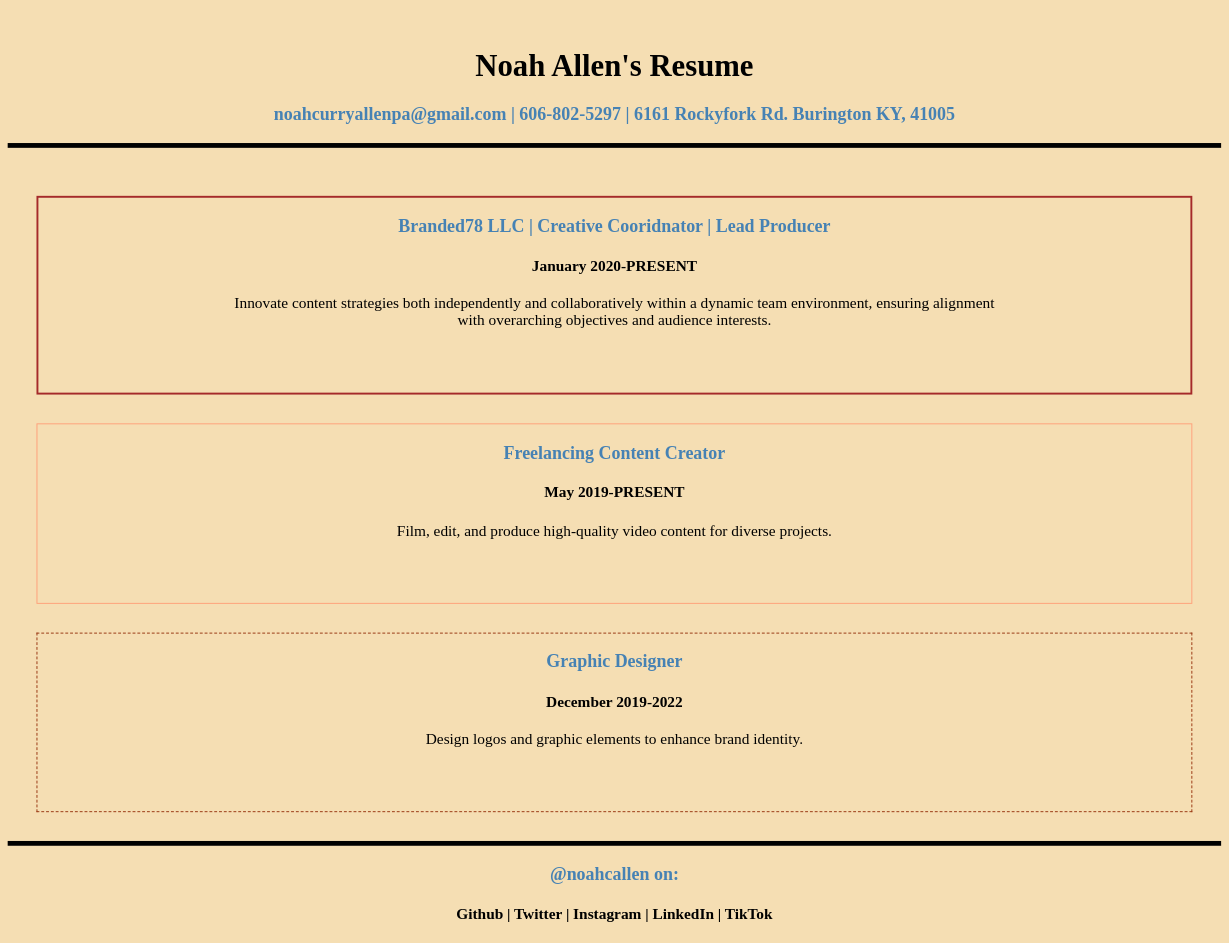
Repository: noahcallen/LAB-HTML-Resume
Page: index.html
An editor plug-in stored every save of this project. The page is shown before and after the next save, followed by the edit.
The browser window is 1280 px wide. The pictures show the whole page, at 96% of full size.

Above is the page before, as saved 2024-07-08 21:59:03.

### index.html
<!DOCTYPE html>
<html lang="en">
<head>
  <meta charset="UTF-8">
  <meta name="viewport" content="width=device-width, initial-scale=1.0">
  <title>Document</title>
  <link rel="stylesheet" href="main.css">
</head>
<body>

  <div class="HEADER">
  <!--HEADER-->
  <h1>Noah Allen's Resume</h1>
  <h3> noahcurryallenpa@gmail.com | 606-802-5297 | 6161 Rockyfork Rd. Burington KY, 41005</h3>
<!--END HEADER-->
  </div>

  <article id="Job1">
    <h3>Branded78 LLC | Creative Cooridnator | Lead Producer</h3>
    <h4>January 2020-PRESENT</h4>
    <section>
      <p>Innovate content strategies both independently and collaboratively within a dynamic team environment, ensuring alignment with overarching objectives and audience interests.</p>
    </section>
  </article>

  <article id="Job2">
    <h3>Freelancing Content Creator</h3>
    <h4>May 2019-PRESENT</h4>
    <section>
      <p>Film, edit, and produce high-quality video content for diverse projects.</p>
    </section>
  </article>

  <article id="Job3">
    <h3>Graphic Designer</h3>
    <h4>December 2019-2022</h4>
    <section>
      <p>Design logos and graphic elements to enhance brand identity.</p>
    </section>
  </article>

  <div class="FOOTER">
    <!-- FOOTER-->
     <h3>@noahcallen on:</h3>
     <h4>Github | Twitter | Instagram | LinkedIn | TikTok</h4>
    <!-- FOOTER-->
  </div>



  <script src="main.js"></script>
</body>
</html>

### main.css
body {
  background-color: wheat;
  text-align: center;
}

h3 {
  color: steelblue;
}

.HEADER {
  margin: 50px 0px 50px 0px;
  border-bottom: solid 5px black;
}

#Job1 {
  padding: 0px 200px 50px 200px;
  border: solid 2px brown;
  margin: 30px;
}

#Job2 {
  padding: 0px 200px 50px 200px;
  border: double 1px lightsalmon;
  margin: 30px;

}

#Job3 {
  padding: 0px 200px 50px 200px;
  border: dashed 1px rgb(152, 54, 16);
  margin: 30px;
}

.FOOTER {
  border-top: solid 5px black;

}

Loaded but not shown: main.js (no stored copy; drawn as an empty file)

After the next save:
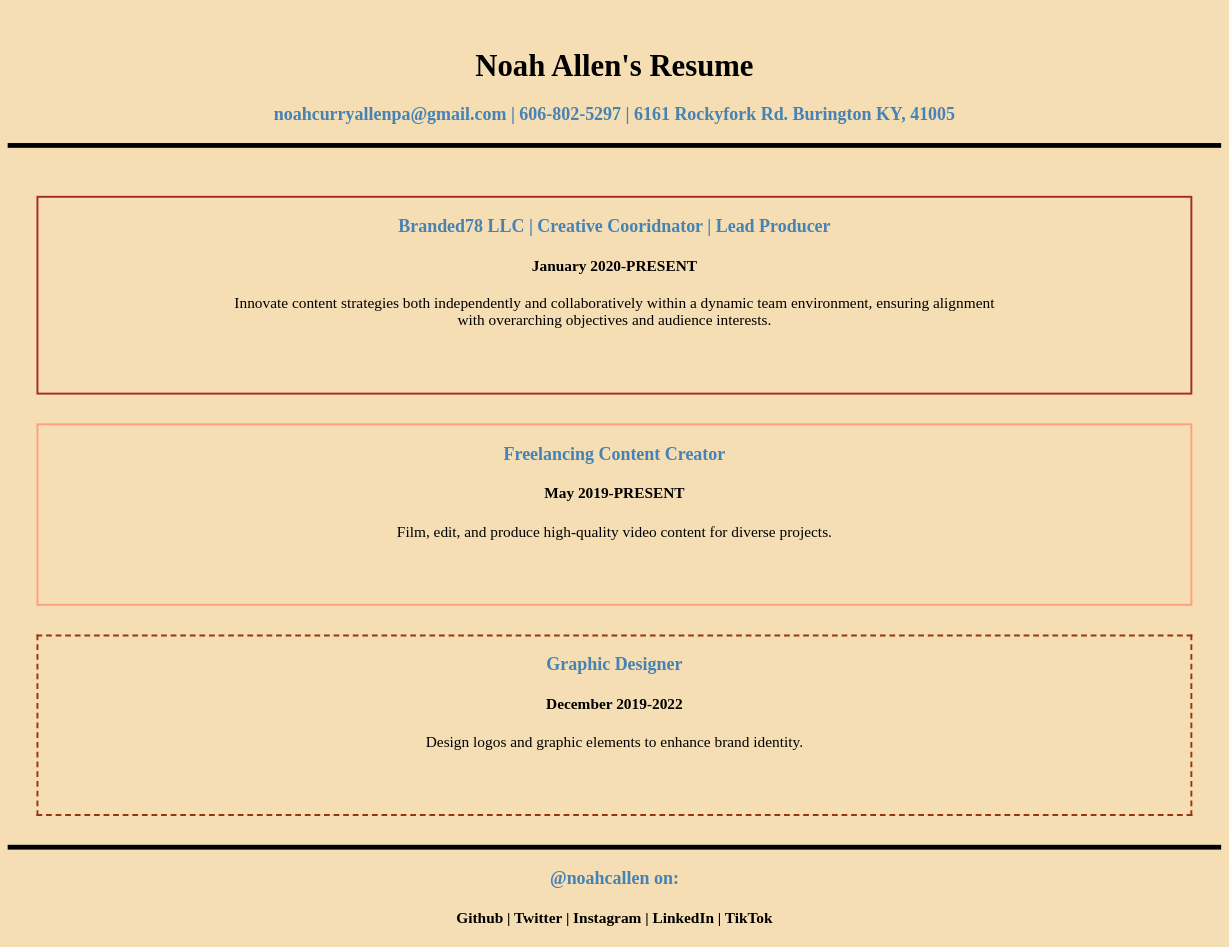
Saved 34 s later.
--- a/main.css
+++ b/main.css
@@ -20,14 +20,14 @@
 
 #Job2 {
   padding: 0px 200px 50px 200px;
-  border: double 1px lightsalmon;
+  border: double 2px lightsalmon;
   margin: 30px;
 
 }
 
 #Job3 {
   padding: 0px 200px 50px 200px;
-  border: dashed 1px rgb(152, 54, 16);
+  border: dashed 2px rgb(152, 54, 16);
   margin: 30px;
 }
 
